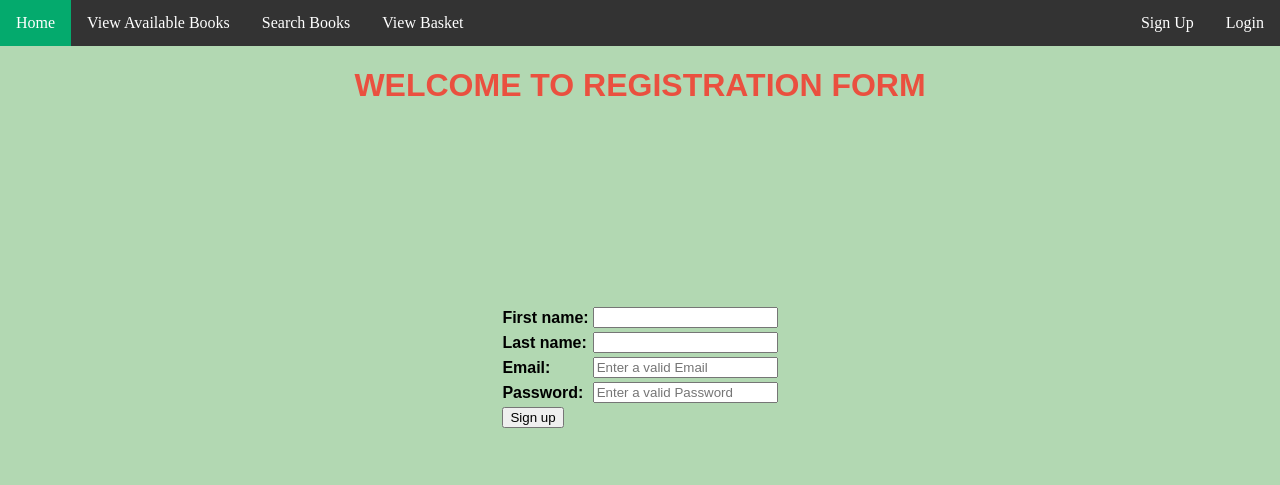
Repository: sach7691/original-book-store
Page: http://localhost/online-book-store-application/
The author's editor kept a copy of each file at every save. The page is drawn from the files as they stood at one save, then again after the next save.
The browser window is 1280 px wide. The pictures show the whole page.
The page is served by Tomcat 9. Other server files are loaded and not shown.

Above is the page before, as saved 2022-08-25 16:24:03.

### online-book-store-application/src/main/webapp/index.jsp
<%@ page language="java" contentType="text/html; charset=ISO-8859-1"
	pageEncoding="ISO-8859-1"%>

<!DOCTYPE html>
<html>
<head>
<meta charset="ISO-8859-1">
<title>Registration Form</title>
<style>
body {margin: 0;
 background: rgba(0, 128, 0, 0.3);}

 table {
	font-family : Arial, Helvetica, sans-serif;
	font-size : 100%;
    font-weight: bold;
    background-color: light green
}
 h1 {
   color: #ea503f;
   font-family: Arial;
   text-align: center
 }
 table.center {
  margin-left: auto;
  margin-right: auto;
}

ul.topnav {
  list-style-type: none;
  margin: 0;
  padding: 0;
  overflow: hidden;
  background-color: #333;
}

ul.topnav li {float: left;}

ul.topnav li a {
  display: block;
  color: white;
  text-align: center;
  padding: 14px 16px;
  text-decoration: none;
}

ul.topnav li a:hover:not(.active) {background-color: #111;}

ul.topnav li a.active {background-color: #04AA6D;}

ul.topnav li.right {float: right;}

@media screen and (max-width: 600px) {
  ul.topnav li.right,
  ul.topnav li {float: none;}
}
</style>
</head>
<body>

<div>
<ul class="topnav">
  <li><a class="active" href="welcome.jsp">Home</a></li>
  <li><a href="http://localhost:8080/online-book-store-application/ViewBookServlet">View Available Books</a></li>
  <li><a href="search_book.jsp">Search Books</a></li>
  <li><a href="http://localhost:8080/online-book-store-application/BasketViewServlet">View Basket</a></li>
  <li class="right"><a href="login.jsp">Login</a></li>
  <li class="right"><a href="index.jsp">Sign Up</a></li>
</ul>
</div>

<div class="letter"><h1>WELCOME TO REGISTRATION FORM</h1></div>

	<form action="http://localhost:8080/online-book-store-application/CustomerRegistrationServlet" method="POST">
		<table class ="center" style ="margin-top:200px">
		<tr>
		<td><label for="firstName">First name:</label><br> </td>
		<td><input type="text" id="firstName" name="firstName" value="" ><br></td>
		</tr>
		<tr>
		<td><label for="lastName">Last name:</label><br></td>
		<td><input type="text" id="lastName" name="lastName" value=""><br></td>
		</tr>
		<tr>
		<td><label for="customerEmail">Email:</label><br> </td>
		<td><input type="text" id="customerEmail" name="customerEmail" placeholder="Enter a valid Email"><br></td>
		</tr>
		<tr>
		<td><label for="customerpassword">Password:</label><br> </td>
		<td><input type="password" id="customerpassword" name="customerpassword" placeholder="Enter a valid Password"><br></td>
		</tr>
		<tr>
		<td><input type="submit" class="signupbtn" value="Sign up"></td>
		</tr>
		</table>
	</form>




</body>
</html>

After the next save:
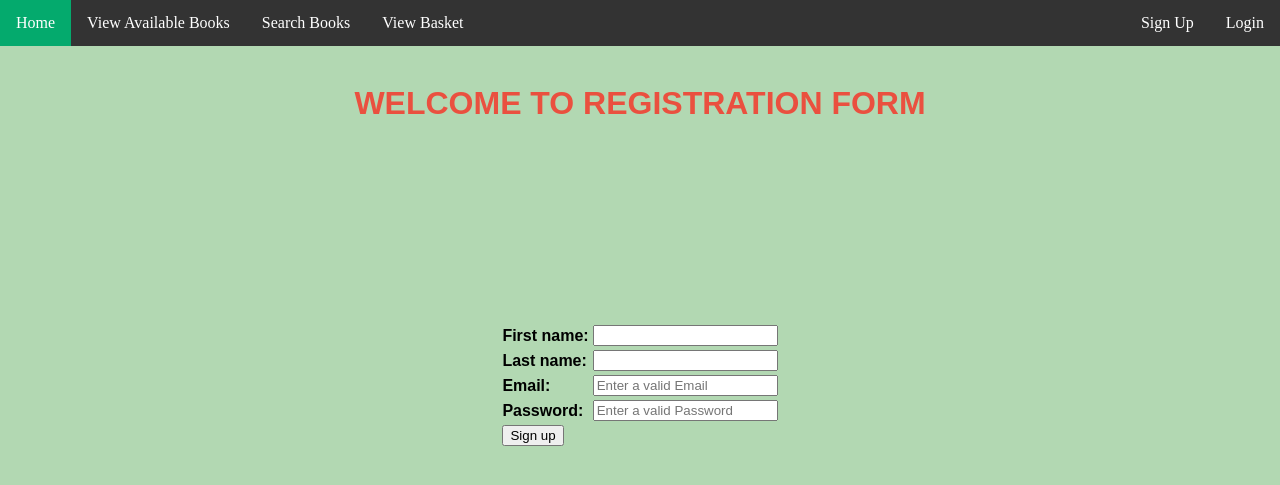
Saved 22 s later.
--- a/online-book-store-application/src/main/webapp/index.jsp
+++ b/online-book-store-application/src/main/webapp/index.jsp
@@ -68,7 +68,7 @@ ul.topnav li.right {float: right;}
   <li class="right"><a href="index.jsp">Sign Up</a></li>
 </ul>
 </div>
-
+<BR>
 <div class="letter"><h1>WELCOME TO REGISTRATION FORM</h1></div>
 
 	<form action="http://localhost:8080/online-book-store-application/CustomerRegistrationServlet" method="POST">
